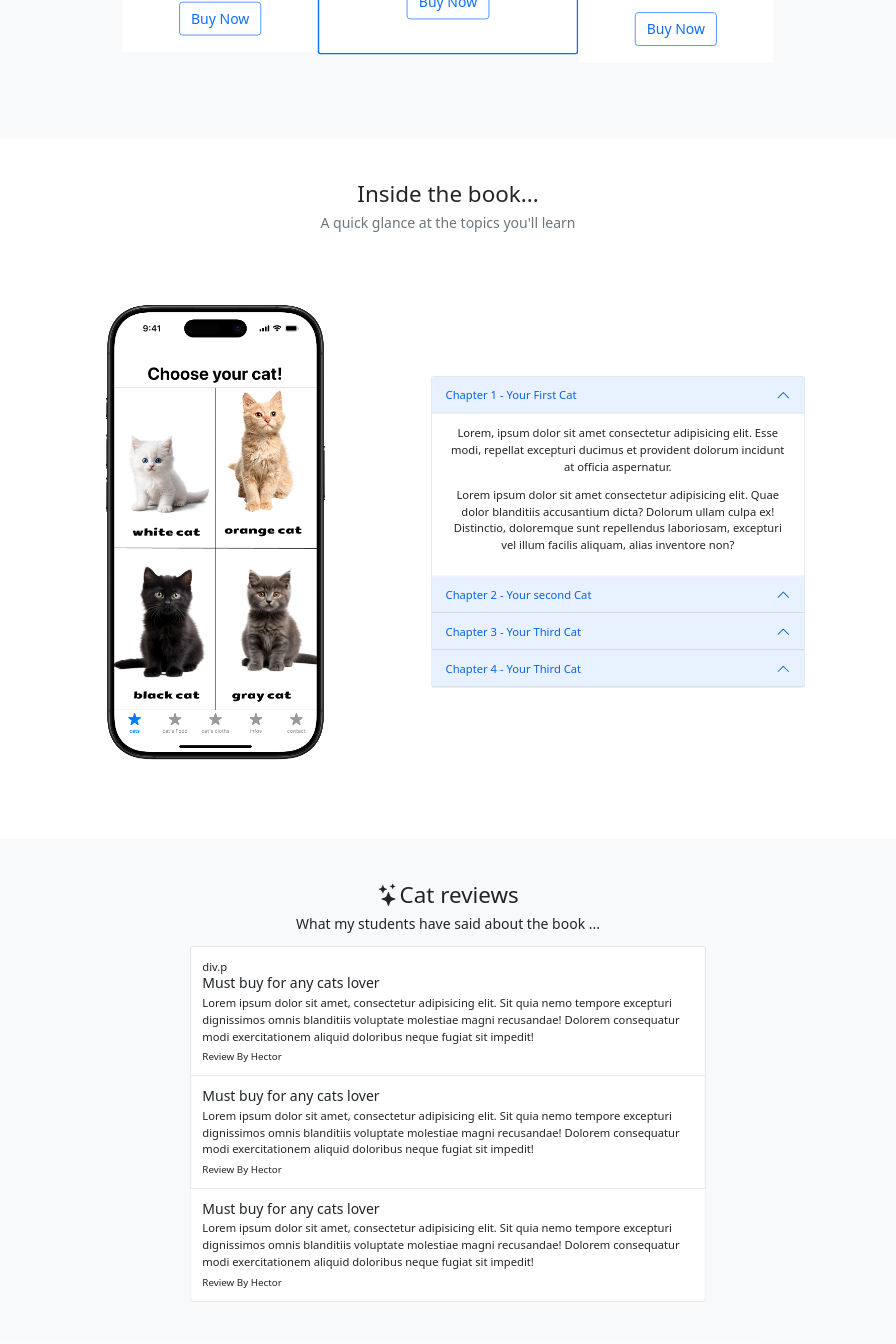
Repository: rihebtlh/catty-storefront
Page: index.html
These files come from the project's save history. The page is drawn as it stood at one moment and after the next save; the edit follows.
The browser window is 1280 px wide. The pictures show the part of the page from y = 1261 to 3181 px (the page is 3181 px tall before and 3165 px after), at 70% of full size.

Above is the page before, as saved 2025-06-18 16:42:36.

### index.html
<!DOCTYPE html>
<html lang="en">
<head>
  <meta charset="UTF-8" />
  <meta name="viewport" content="width=device-width, initial-scale=1.0" />
  <link
    href="https://cdn.jsdelivr.net/npm/bootstrap@5.0.2/dist/css/bootstrap.min.css"
    rel="stylesheet"
    integrity="sha384-EVSTQN3/azprG1Anm3QDgpJLIm9Nao0Yz1ztcQTwFspd3yD65VohhpuuCOmLASjC"
    crossorigin="anonymous"
  />
  <link rel="stylesheet" href="https://cdn.jsdelivr.net/npm/bootstrap-icons@1.13.1/font/bootstrap-icons.min.css">
  <title>Catty</title>
  <style>
    section {
      padding: 60px 0;
    }
  </style>
</head>
<body>
  <!-- Navbar -->
    <nav class="navbar navbar-expand-md navbar-light bg-light">
        <div class="container-xxl">
            <a href="#intro" class="navbar-brand">
                <span class="fw-bold text-secondary">Catty - find your cat</span>
            </a>
      <!-- Toggle button -->
            <button
                class="navbar-toggler"
                type="button"
                data-bs-toggle="collapse"
                data-bs-target="#main-nav"
                aria-controls="main-nav"
                aria-expanded="false"
                aria-label="Toggle navigation">
                <span class="navbar-toggler-icon"></span>
            </button>
      <!-- Navbar links -->
            <div class="collapse navbar-collapse justify-content-end align-center" id="main-nav">
                <ul class="navbar-nav">
                <li class="nav-item">
                    <a class="nav-link" href="#topics">About</a>
                </li>
                <li class="nav-item">
                    <a class="nav-link" href="#reviews">Reviews</a>
                </li>
                <li class="nav-item">
                    <a class="nav-link" href="#contact">Get in Touch</a>
                </li>
                <li class="nav-item d-md-none">
                    <a class="nav-link" href="#pricing">Pricing</a>
                </li>
                <li class="nav-item ms-2 d-none d-md-inline">
                    <a class="btn btn-secondary" href="#pricing">Get it Now</a>
                </li>
                </ul>
            </div>
        </div>
    </nav>

  <!-- Main image & intro text -->
  <section id="intro">
    <div class="container-lg">
      <div class="row justify-content-center align-items-center">
        <div class="col-md-5 text-center text-md-start">
          <h1>
            <div class="display-2">Catty</div>
            <div class="display-5 text-muted">Where every kitty feels at home</div>
          </h1>
          <p class="lead my-4 text-muted">
            Lorem ipsum dolor sit amet consectetur adipisicing elit.
          </p>
          <a href="#pricing" class="btn btn-secondary btn-lg">Get your cat Now!</a>
        </div>
        <div class="col-md-5 text-center d-none d-md-block">
          <img class="img-fluid" src="/assets/catLogo.webp" alt="cat" />
        </div>
      </div>
    </div>
  </section>

    <!-- pricing plans -->
    <!-- pricing plans -->
  <section id="pricing" class="bg-light mt-5">
    <div class="container-lg">
      <div class="text-center">
        <h2>Pricing Plans</h2>
        <p class="lead text-muted">Choose a pricing plan to suit you.</p>
      </div>

      <div class="row my-5 g-0 align-items-center justify-content-center"> <!--g-0 is for the gap so this one there's no gap-->
        <div class="col-8 col-lg-4 col-xl-3">
          <div class="card border-0">
            <div class="card-body text-center py-4">
              <h4 class="card-title">Starter Edition</h4>
              <p class="lead card-subtitle">eBook download only</p>
              <p class="display-5 my-4 text-primary fw-bold">$12.99</p>
              <p class="card-text mx-5 text-muted d-none d-lg-block">Lorem ipsum dolor sit amet consectetur adipisicing elit. Mollitia, vitae magni! Repellat commodi a fuga corporis saepe dolorum.</p>
              <a href="#" class="btn btn-outline-primary btn-lg mt-3">
                Buy Now
              </a>
            </div>
          </div>
        </div>

        <div class="col-9 col-lg-4">
          <div class="card border-primary border-2">
            <div class="card-header text-center text-primary">Most Popular</div>
            <div class="card-body text-center py-5">
              <h4 class="card-title">Complete Edition</h4>
              <p class="lead card-subtitle">eBook download & all updates</p>
              <p class="display-4 my-4 text-primary fw-bold">$18.99</p>
              <p class="card-text mx-5 text-muted d-none d-lg-block">Lorem ipsum dolor sit amet consectetur adipisicing elit. Mollitia, vitae magni! Repellat commodi a fuga corporis saepe dolorum.</p>
              <a href="#" class="btn btn-outline-primary btn-lg mt-3">
                Buy Now
              </a>
            </div>
          </div>
        </div>

        <div class="col-8 col-lg-4 col-xl-3">
          <div class="card border-0">
            <div class="card-body text-center py-4">
              <h4 class="card-title">Ultimate Edition</h4>
              <p class="lead card-subtitle">download, updates & extras</p>
              <p class="display-5 my-4 text-primary fw-bold">$24.99</p>
              <p class="card-text mx-5 text-muted d-none d-lg-block">Lorem ipsum dolor sit amet consectetur adipisicing elit. Mollitia, vitae magni! Repellat commodi a fuga corporis saepe dolorum.</p>
              <a href="#" class="btn btn-outline-primary btn-lg mt-3">
                Buy Now
              </a>
            </div>
          </div>
        </div>
      </div>
    </div><!-- end container -->
  </section>

    <!-- topics at a glance -->
     <section class="topics">
      <div class="container-md"> <!--100% width until meduim screens qt thispoint it will get everything at the middle-->
        <div class="text-center">
          <h2>Inside the book...</h2>
          <p class="lead text-muted">
            A quick glance at the topics you'll learn
          </p>
          <div class="row my-5 g-5 justify-content-around align-items-center">
            <div class="col-6 col-lg-4">
              <img src="/assets/phone.png" class="img-fluid" alt="ebook">
            </div>
            <div class="col-lg-6">
            <!-- accordion 1-->
            <div class="accordion" id="chapters">
              <div class="accordion-item">
                <h2 class="accordion-header" id="heading-1">
                  <button class="accordion-button" type="button" data-bs-toggle="collapse" data-bs-target="#chapter-1" aria-expanded="true" aria-controls="chapter-1">
                    Chapter 1 - Your First Cat
                  </button>
                </h2>
                <div id="chapter-1" class="accordion-collapse collapse show" aria-labelledby="heading-1" data-bs-parent="#chapters">
                  <div class="accordion-body">
                    <p>Lorem, ipsum dolor sit amet consectetur adipisicing elit. Esse modi, repellat excepturi ducimus et provident dolorum incidunt at officia aspernatur.</p>
                    <p>Lorem ipsum dolor sit amet consectetur adipisicing elit. Quae dolor blanditiis accusantium dicta? Dolorum ullam culpa ex! Distinctio, doloremque sunt repellendus laboriosam, excepturi vel illum facilis aliquam, alias inventore non?</p>

                  </div>
                </div>
              </div>
              <!-- accordion 2-->
              <div class="accordion-item">
                <h2 class="accordion-header" id="heading-2">
                  <button class="accordion-button" type="button" data-bs-toggle="collapse" data-bs-target="#chapter-2" aria-expanded="true" aria-controls="chapter-2">
                    Chapter 2 - Your second Cat
                  </button>
                </h2>
                <div id="chapter-2" class="accordion-collapse collapse" aria-labelledby="heading-2" data-bs-parent="#chapters">
                  <div class="accordion-body">
                    <p>Lorem, ipsum dolor sit amet consectetur adipisicing elit. Esse modi, repellat excepturi ducimus et provident dolorum incidunt at officia aspernatur.</p>
                    <p>Lorem ipsum dolor sit amet consectetur adipisicing elit. Quae dolor blanditiis accusantium dicta? Dolorum ullam culpa ex! Distinctio, doloremque sunt repellendus laboriosam, excepturi vel illum facilis aliquam, alias inventore non?</p>
                  </div>
                </div>
              </div>

              <!-- accordion 3-->
              <div class="accordion-item">
                <h2 class="accordion-header" id="heading-3">
                  <button class="accordion-button" type="button" data-bs-toggle="collapse" data-bs-target="#chapter-3" aria-expanded="true" aria-controls="chapter-3">
                    Chapter 3 - Your Third Cat
                  </button>
                </h2>
                <div id="chapter-3" class="accordion-collapse collapse" aria-labelledby="heading-3" data-bs-parent="#chapters">
                  <div class="accordion-body">
                    <p>Lorem, ipsum dolor sit amet consectetur adipisicing elit. Esse modi, repellat excepturi ducimus et provident dolorum incidunt at officia aspernatur.</p>
                    <p>Lorem ipsum dolor sit amet consectetur adipisicing elit. Quae dolor blanditiis accusantium dicta? Dolorum ullam culpa ex! Distinctio, doloremque sunt repellendus laboriosam, excepturi vel illum facilis aliquam, alias inventore non?</p>
                  </div>
                </div>
              </div>

              <!-- accordion 4-->
              <div class="accordion-item">
                <h2 class="accordion-header" id="heading-4">
                  <button class="accordion-button" type="button" data-bs-toggle="collapse" data-bs-target="#chapter-4" aria-expanded="true" aria-controls="chapter-4">
                    Chapter 4 - Your Third Cat
                  </button>
                </h2>
                <div id="chapter-4" class="accordion-collapse collapse" aria-labelledby="heading-4" data-bs-parent="#chapters">
                  <div class="accordion-body">
                    <p>Lorem, ipsum dolor sit amet consectetur adipisicing elit. Esse modi, repellat excepturi ducimus et provident dolorum incidunt at officia aspernatur.</p>
                    <p>Lorem ipsum dolor sit amet consectetur adipisicing elit. Quae dolor blanditiis accusantium dicta? Dolorum ullam culpa ex! Distinctio, doloremque sunt repellendus laboriosam, excepturi vel illum facilis aliquam, alias inventore non?</p>
                  </div>
                </div>
              </div>
              </div>

            </div>

          </div><!--around: spred around any free space (all the gaps are equal)-->
        </div>
      </div>
     </section>



    <!-- reviews list -->
    <section class="bg-light" id="reviews">
      <div class="container-lg">
        <div class="text-center">
          <h2><i class="bi bi-stars"></i>Cat reviews</h2>
          <p class="lead">What my students have said about the book ...</p>
        </div>
        <div class="row justify-content-center">
          <div class="col-lg-8">
            <div class="list-group">
              <div class="list-group-item py-3">
                div.p
                <h5 class="mb-1">Must buy for any cats lover</h5>
                <p class="mb-1">Lorem ipsum dolor sit amet, consectetur adipisicing elit. Sit quia nemo tempore excepturi dignissimos omnis blanditiis voluptate molestiae magni recusandae! Dolorem consequatur modi exercitationem aliquid doloribus neque fugiat sit impedit!</p>
                <small>Review By Hector</small>
              </div>
              <div class="list-group-item py-3">
                <h5 class="mb-1">Must buy for any cats lover</h5>
                <p class="mb-1">Lorem ipsum dolor sit amet, consectetur adipisicing elit. Sit quia nemo tempore excepturi dignissimos omnis blanditiis voluptate molestiae magni recusandae! Dolorem consequatur modi exercitationem aliquid doloribus neque fugiat sit impedit!</p>
                <small>Review By Hector</small>
              </div>
              <div class="list-group-item py-3">
                <h5 class="mb-1">Must buy for any cats lover</h5>
                <p class="mb-1">Lorem ipsum dolor sit amet, consectetur adipisicing elit. Sit quia nemo tempore excepturi dignissimos omnis blanditiis voluptate molestiae magni recusandae! Dolorem consequatur modi exercitationem aliquid doloribus neque fugiat sit impedit!</p>
                <small>Review By Hector</small>
              </div>
            </div>
          </div>
        </div>
      </div>
    </section>
    <!-- contact form -->


    <!-- get updates / modal trigger -->

  <!-- Bootstrap JS -->
  <script
    src="https://cdn.jsdelivr.net/npm/bootstrap@5.0.2/dist/js/bootstrap.bundle.min.js"
    integrity="sha384-MrcW6ZMFYlzcLA8Nl+NtUVF0sA7MsXsP1UyJoMp4YLEuNSfAP+JcXn/tWtIaxVXM"
    crossorigin="anonymous"
  ></script>
</body>
</html>

After the next save:
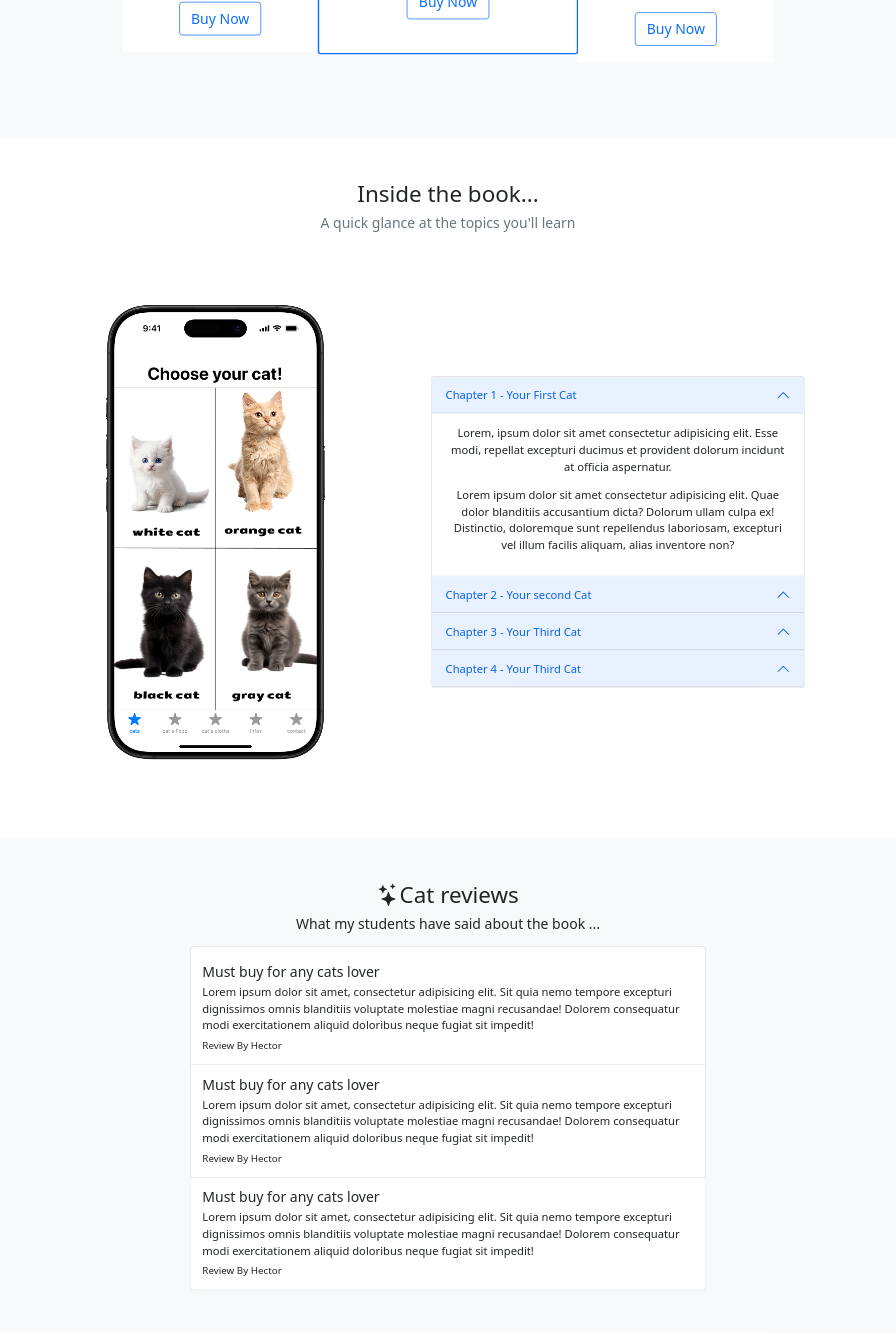
Saved 4 s later.
--- a/index.html
+++ b/index.html
@@ -230,7 +230,9 @@
           <div class="col-lg-8">
             <div class="list-group">
               <div class="list-group-item py-3">
-                div.p
+                <div class="pb-2">
+
+                </div>
                 <h5 class="mb-1">Must buy for any cats lover</h5>
                 <p class="mb-1">Lorem ipsum dolor sit amet, consectetur adipisicing elit. Sit quia nemo tempore excepturi dignissimos omnis blanditiis voluptate molestiae magni recusandae! Dolorem consequatur modi exercitationem aliquid doloribus neque fugiat sit impedit!</p>
                 <small>Review By Hector</small>
